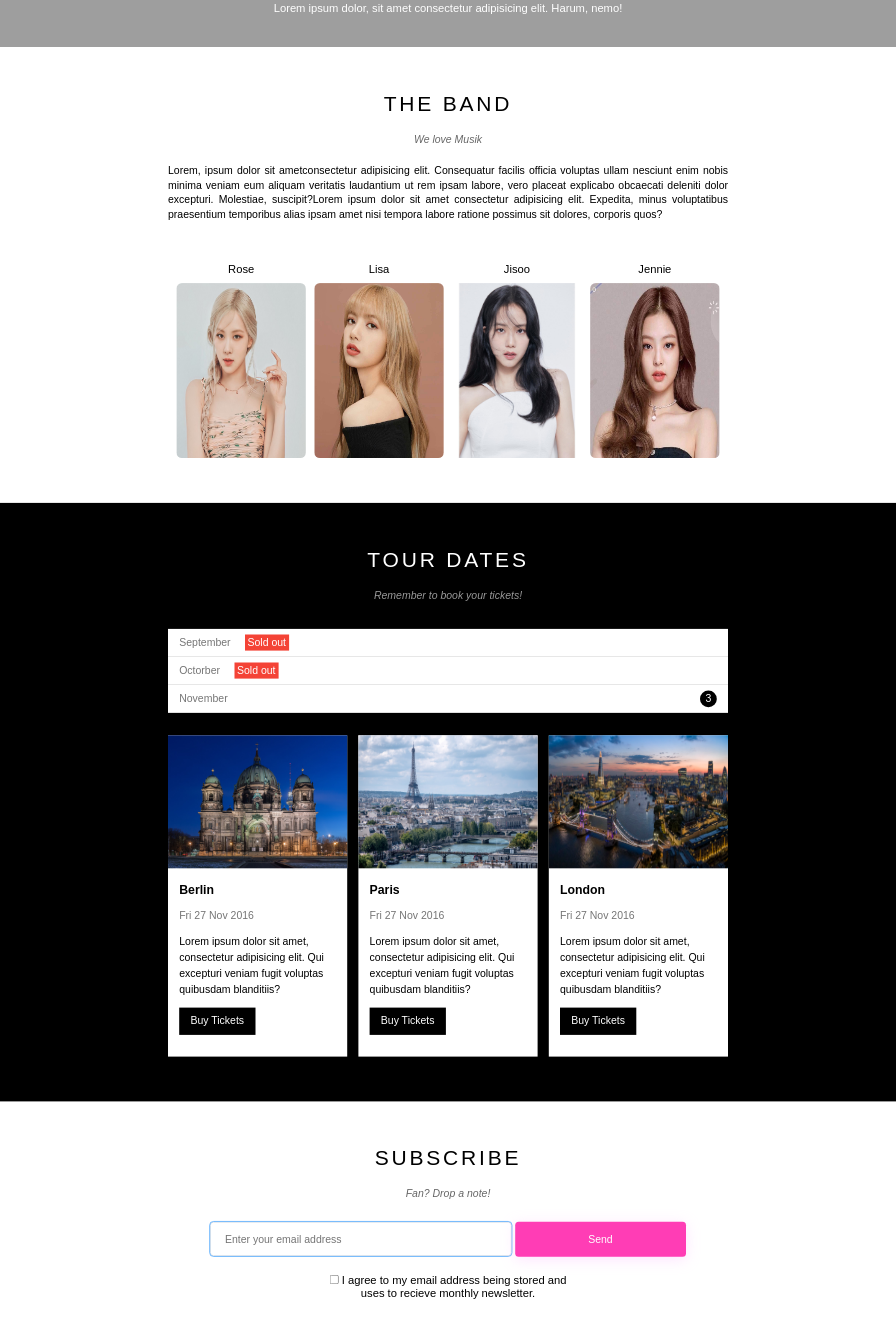
Repository: AiTrinh303/First-Project
Page: /
These files come from the project's save history. The page is drawn as it stood at one moment and after the next save; the edit follows.
The browser window is 1280 px wide. The pictures show the part of the page from y = 619 to 2539 px (the page is 2539 px tall), at 70% of full size.
The first visible `.form__email` has the focus.
Pictures or frames that could not be fetched are drawn as grey boxes. The project was rebuilt for these pictures with package versions that can differ from the ones it lists, and the page was loaded fresh each time.

Above is the page before, as saved 2024-01-23 10:15:36.

### index.html
<!DOCTYPE html>
<html lang="en">
<head>
    <meta charset="UTF-8">
    <meta name="viewport" content="width=device-width, initial-scale=1.0">
    <title>Singer Website</title>
    <link rel="stylesheet" href="./fonts/themify-icons-font/themify-icons/themify-icons.css">
    <link rel="stylesheet" href="./src/styles/main.css">
</head>
<body>
   <div id="main">

        <div id="header">
            <ul id="nav">
                <li><a href="">Home</a></li>
                <li><a href="">Band</a></li>
                <li><a href="">Tour</a></li>
                <li><a href="">Contact</a></li>
                <li>
                    <a href="#">
                        More
                        <i class="nav-arrown-down ti-angle-down"></i>
                     </a>
                    <ul class="subnav">
                        <li><a href="">Merchandise</a></li>
                        <li><a href="">Extras</a></li>
                        <li><a href="">Media</a></li>
                    </ul>
                </li>
            </ul>

            <div class="search-btn">
                <i class="search-icon ti-search"></i>

            </div>
        </div>

        <div id="slider">

            <div class="text-content">
                <h2 class="text-heading">Black Pink</h2>
                <p class="text-description">Lorem ipsum dolor, sit amet consectetur adipisicing elit. Harum, nemo!</p>
            </div>

        </div>

        <div id="content">
            <!-- About Section -->
            <div class="content-section">
                <h2 class="section-heading">THE BAND</h2>
                <p class="section-sub-heading">We love Musik</p>
                <p class="about-text">Lorem, ipsum dolor sit ametconsectetur adipisicing elit. Consequatur facilis officia voluptas ullam nesciunt enim nobis minima veniam eum aliquam veritatis laudantium ut rem ipsam labore, vero placeat explicabo obcaecati deleniti dolor excepturi. Molestiae, suscipit?Lorem ipsum dolor sit amet consectetur adipisicing elit. Expedita, minus voluptatibus praesentium temporibus alias ipsam amet nisi tempora labore ratione possimus sit dolores, corporis quos?</p>

                <div class="members-list">
                    <div class="member-item">
                        <p class="member-name">Rose</p>
                        <img src="./src/img/rose.png " alt="Rose" class="member-img" >
                    </div>

                    <div class="member-item">
                        <p class="member-name">Lisa</p>
                        <img src="./src/img/Lisa2.jpg" alt="Lisa" class="member-img" >
                    </div>

                    <div class="member-item">
                        <p class="member-name">Jisoo</p>
                        <img src="./src/img/jisoo.jpeg" alt="Jisoo" class="member-img" >
                    </div>

                    <div class="member-item">
                        <p class="member-name">Jennie</p>
                        <img src="./src/img/Jennie.jpg" alt="Jennie" class="member-img" >
                    </div>
                </div>
            </div>

            <!-- Tour Section -->
            <div class="tour-section">

                <div class="content-section">
                    <h2 class="section-heading text-white">TOUR DATES</h2>
                    <p class="section-sub-heading text-white">Remember to book your tickets!</p>

                    <ul class="tickets-list">
                        <li>September <span class="sold-out">Sold out</span></li>
                        <li>Octorber <span class="sold-out">Sold out</span></li>
                        <li>November <span class="quantity">3</span></li>
                    </ul>

                    <div class="places-list">
                        <div class="place-item">
                            <img src="./src/img/Berlin.jpg" alt="Berlin" class="place-img" >
                            <div class="place-body">
                                <h3 class="place-heading">Berlin</h3>
                                <p class="place-time">Fri 27 Nov 2016</p>
                                <p class="place-desc">Lorem ipsum dolor sit amet, consectetur adipisicing elit. Qui excepturi veniam fugit voluptas quibusdam blanditiis?</p>
                                <a href="#" class="place-btn">Buy Tickets</a>
                            </div>
                        </div>

                        <div class="place-item">
                            <img src="./src/img/Paris.jpg" alt="Paris" class="place-img" >
                            <div class="place-body">
                                <h3 class="place-heading">Paris</h3>
                                <p class="place-time">Fri 27 Nov 2016</p>
                                <p class="place-desc">Lorem ipsum dolor sit amet, consectetur adipisicing elit. Qui excepturi veniam fugit voluptas quibusdam blanditiis?</p>
                                <a href="#" class="place-btn">Buy Tickets</a>
                            </div>
                        </div>

                        <div class="place-item">
                            <img src="./src/img/London.jpeg" alt="London" class="place-img">
                            <div class="place-body">
                                <h3 class="place-heading">London</h3>
                                <p class="place-time">Fri 27 Nov 2016</p>
                                <p class="place-desc">Lorem ipsum dolor sit amet, consectetur adipisicing elit. Qui excepturi veniam fugit voluptas quibusdam blanditiis?</p>
                                <a href="#" class="place-btn">Buy Tickets</a>
                            </div>
                        </div>
                    </div>
                </div>

            </div>

            <!-- Contact Section -->
            <!-- Contact -->
            <div id="contact">
                <div class="content-section">
                    <h2 class="section-heading">SUBSCRIBE</h2>
                    <p class="section-sub-heading">Fan? Drop a note!</p>
                    <div class="form-wrap">

                        <div class="form">
                            <input type="email" class="form__email" placeholder="Enter your email address" />
                            <button class="form__button">Send</button>
                        </div>
                        <div class="notice">
                            <input type="checkbox">
                            <span class="notice__copy">I agree to my email address being stored and uses to recieve monthly newsletter.</span>
                        </div>

                    </div>
                </div>
            </div>






        <div id="footer">

        </div>

   </div>
</body>
</html>

### src/styles/main.css
* {
  padding: 0;
  margin: 0;
  box-sizing: border-box;
}

html {
  scroll-behavior: smooth;
  font-family: Arial, Helvetica, sans-serif;
}

.text-white {
  color: white;
}

#header {
  height: 46px;
  background-color: #000;
  position: fixed;
  top: 0;
  left: 0;
  right: 0;
  z-index: 1;
}

#nav {
  display: inline-block;
}

#nav, .subnav {
  list-style: none;
}

#nav > li {
  display: inline-block;
}

#nav li {
  position: relative;
}

#nav > li > a {
  color: #fff;
  text-transform: uppercase;
}

#nav li a {
  color: #fff;
  text-decoration: none;
  line-height: 46px;
  padding: 0 24px;
  display: block;
}

#nav li:hover .subnav {
  display: block;
}

#nav > li:hover > a,
#nav .subnav li:hover a {
  color: #000;
  background-color: #ccc;
}

#nav .subnav {
  display: none;
  min-width: 160px;
  position: absolute;
  background-color: #fff;
  box-shadow: 0 0 10px rgba(0, 0, 0, 0.3);
  top: 100%;
  left: 0;
}

#nav .nav-arrown-down {
  font-size: 14px;
}

#nav .subnav a {
  color: #000;
  padding: 0 12px;
  line-height: 38px;
}

#header .search-btn {
  float: right;
  padding: 0 21px;
}

#header .search-btn:hover {
  background-color: #f44336;
  cursor: pointer;
}

#header .search-icon {
  color: #fff;
  font-size: 20px;
  line-height: 46px;
}

#slider {
  position: relative;
  margin-top: 46px;
  padding-top: 50%;
  background: url("../img/slider-1.jpg") center/100% no-repeat;
}

#slider .text-content {
  position: absolute;
  bottom: 47px;
  color: #fff;
  width: 100%;
  text-align: center;
}

#slider .text-heading {
  font-weight: 500;
  font-size: 24px;
}

#slider .text-decoration {
  font-size: 15px;
  margin-top: 25px;
}

#content .content-section {
  width: 800px;
  padding: 64px 0;
  margin-left: auto;
  margin-right: auto;
}

#content .section-heading {
  font-size: 30px;
  font-weight: 500;
  letter-spacing: 4px;
  text-align: center;
}

#content .section-sub-heading {
  font-size: 15px;
  margin-top: 25px;
  text-align: center;
  font-style: italic;
  opacity: 0.6;
}

#content .about-text {
  margin-top: 25px;
  font-size: 15px;
  text-align: justify;
  line-height: 1.4;
}

#content .member-item {
  display: flex;
  flex-direction: column;
  align-items: center;
}

#content .member-name {
  line-height: 2.5;
}

#content .members-list {
  margin-top: 48px;
  display: flex;
  justify-content: space-evenly;
}

#content .member-img {
  width: 185px;
  min-height: 250px;
  border-radius: 8px;
}

.tour-section {
  background: #000;
}

.tickets-list {
  background-color: #fff;
  margin-top: 40px;
}

.tickets-list li {
  font-size: 15px;
  color: #757575;
  padding: 11px 16px;
  border-bottom: 1px solid #ddd;
  list-style-type: none;
}

.tickets-list .sold-out {
  background-color: #f44336;
  color: #fff;
  padding: 3px 4px;
  margin-left: 16px;
}

.tickets-list .quantity {
  float: right;
  width: 24px;
  height: 24px;
  background-color: #000;
  color: #fff;
  border-radius: 50%;
  text-align: center;
  line-height: 24px;
  margin-top: -3px;
}

.places-list {
  display: flex;
  gap: 16px;
  justify-content: space-between;
  margin-top: 32px;
}

.places-list .place-item {
  background-color: #fff;
}

.places-list .place-img {
  width: 100%;
  height: 190px;
}

.places-list .place-img:hover {
  opacity: 0.6;
  cursor: pointer;
}

.places-list .place-body {
  padding: 15px 16px;
  min-height: 205px;
  font-size: 15px;
  line-height: 22.5px;
}

.place-body .place-heading {
  font-weight: 700;
}

.place-body .place-time {
  margin: 15px 0;
  color: #757575;
}

.place-body .place-btn {
  align-items: flex-start;
  background-color: #000;
  display: inline-block;
  font-size: 15px;
  line-height: 22.5px;
  margin: 15px 0px 16px 0px;
  padding: 8px 16px;
  text-align: center;
  color: #fff;
  text-decoration: none;
}

.place-body .place-btn:hover {
  color: #000;
  background-color: #ccc;
}


/* contact form */

.form-wrap{

  margin-top: 32px;
  text-align: center;
  display: flex;
  flex-direction: column;
  align-items: center;

}
.form {
margin-bottom: 25px;
}

.form__email {
padding: 15px 20px;
border-radius: 5px;
border: 1px solid #CAD3DB;
width: 431px;
font-size: 15px;
color: #0F121F;
}

.form__email:focus {
outline: 1px solid #3D9FFF;
}

.form__button {
background: #ff3db5;
padding: 5px;
border: none;
width: 244px;
height: 50px;
border-radius: 5px;
font-size: 15px;
color: white;
box-shadow: 0 4px 20px rgba(254, 216, 255, 0.7);
}

.form__button:hover {
box-shadow: 0 10px 20px rgba(61, 159, 255, 0.7);
}

.notice {
width: 345px;
}



#footer{

}

Loaded but not shown: fonts/themify-icons-font/themify-icons/themify-icons.css (common file)

After the next save:
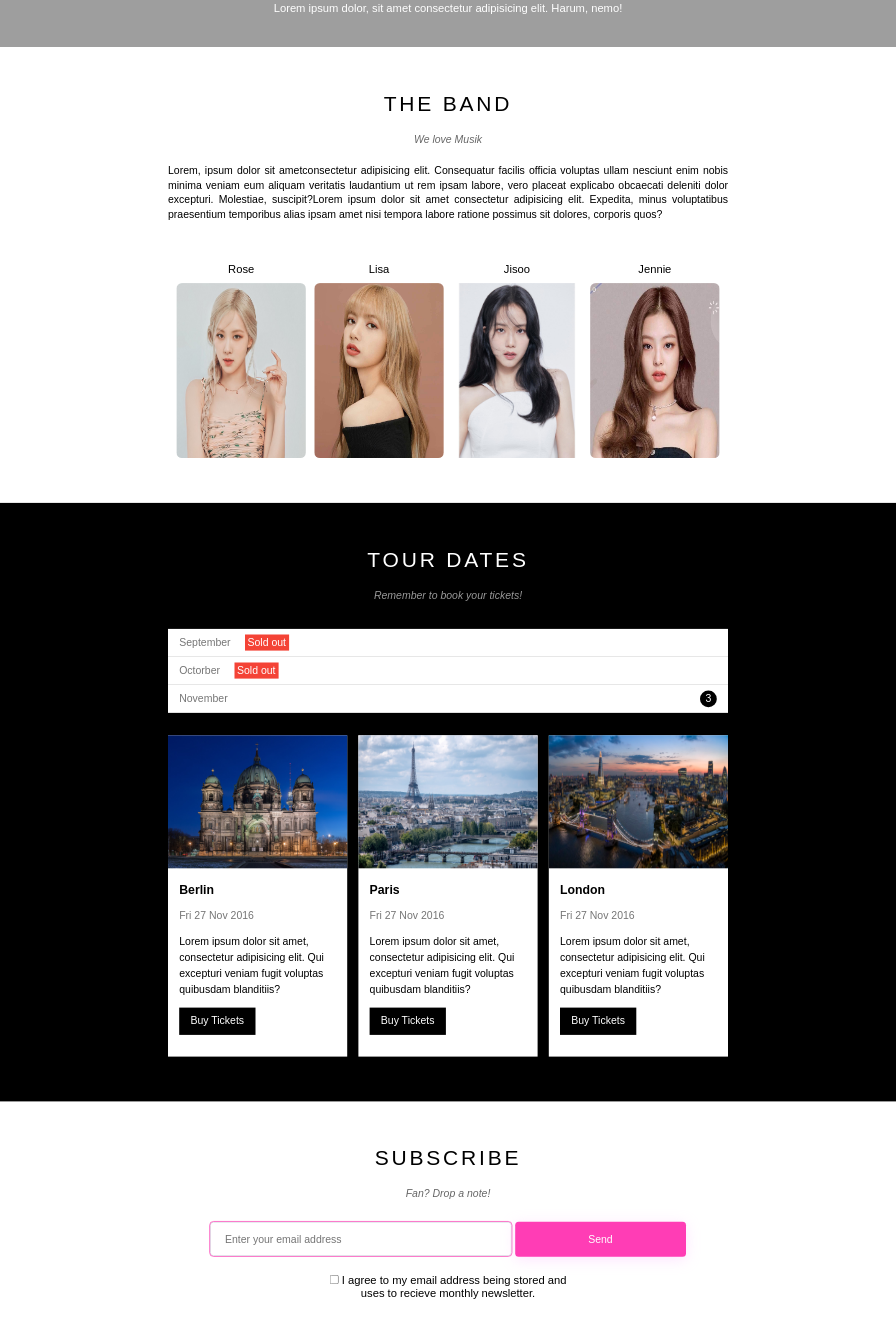
Saved 23 s later.
--- a/src/styles/main.css
+++ b/src/styles/main.css
@@ -291,7 +291,7 @@ color: #0F121F;
 }
 
 .form__email:focus {
-outline: 1px solid #3D9FFF;
+outline: 1px solid #ff3db5;
 }
 
 .form__button {
